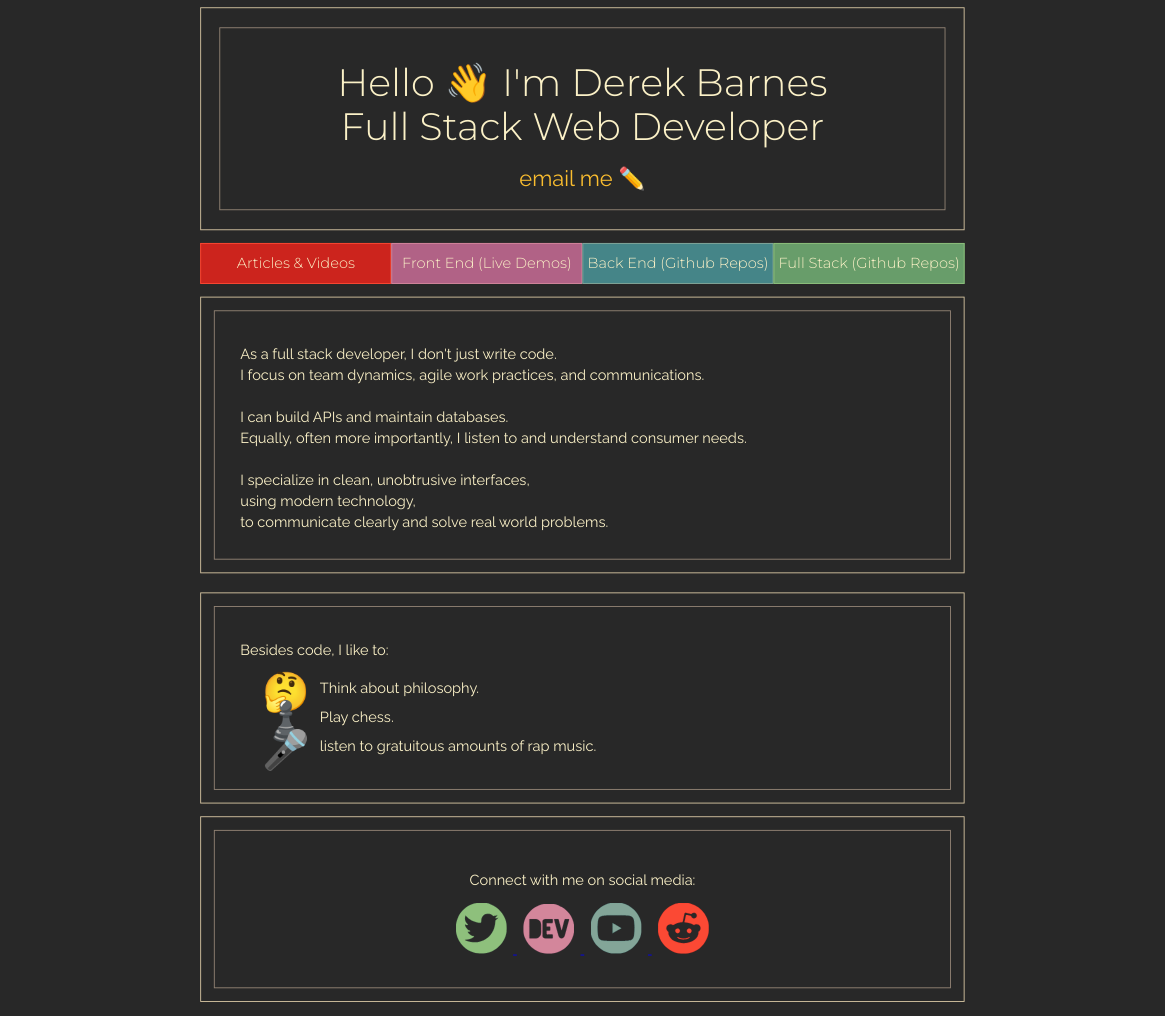
Repository: dsbarnes/groovy-blog
Page: index.html
These files come from the project's save history. The page is drawn as it stood at one moment and after the next save; the edit follows.
The browser window is 1280 px wide. The pictures show the whole page, at 91% of full size.
The style sheet was rebuilt from its Sass, Less or Tailwind sources for each picture, by a compiler version that may differ from the author's.

Above is the page before, as saved 2020-05-11 16:09:46.

After the next save:
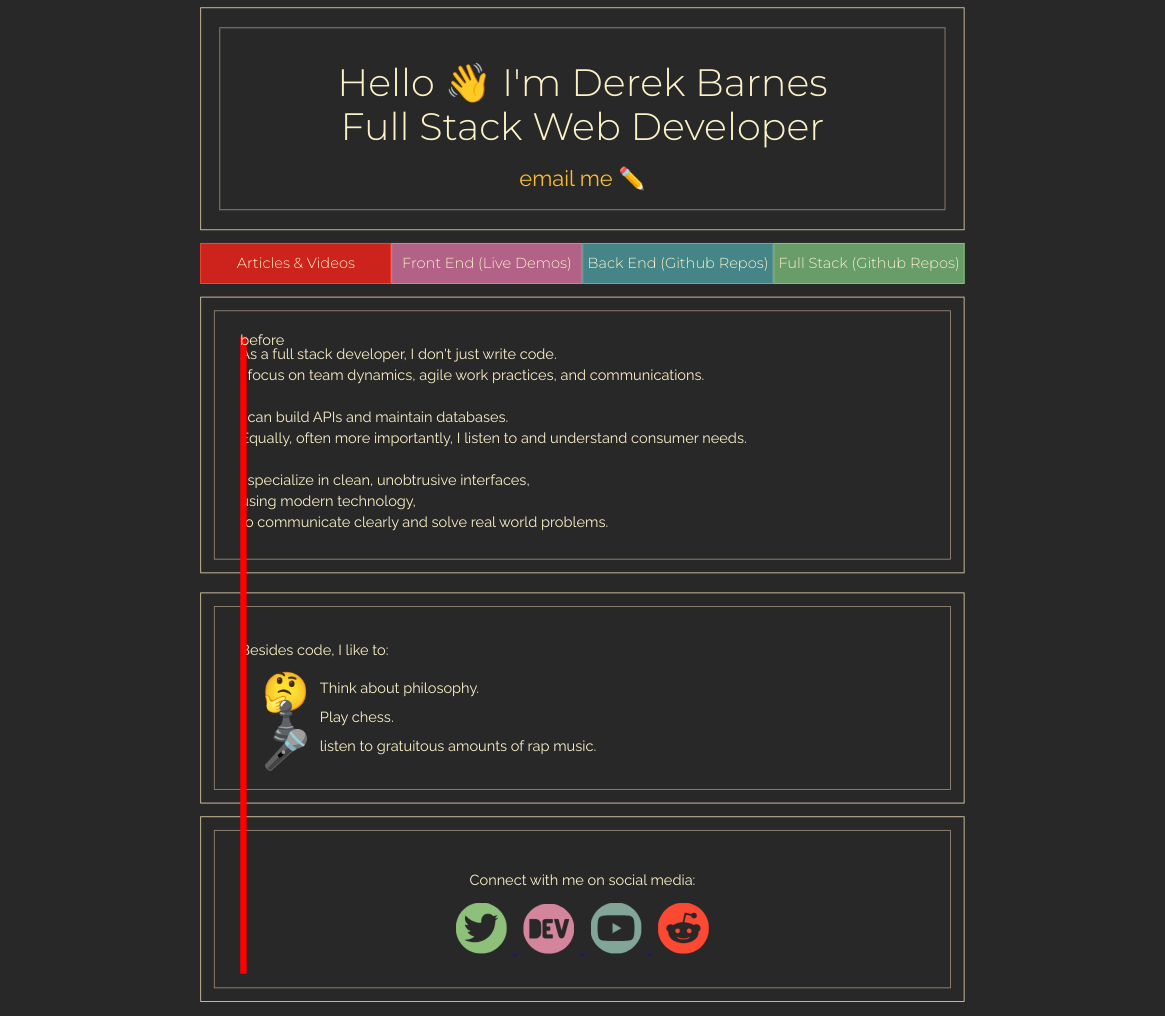
Saved 38 s later.
--- a/style.scss
+++ b/style.scss
@@ -136,9 +136,7 @@
     width: 7px;
   }
 
-  ::-webkit-scrollbar-track {
-    background: transparent;
-  }
+  ::-webkit-scrollbar-track { background: transparent; }
 
   ::-webkit-scrollbar-thumb {
     -webkit-border-radius: 5px;
@@ -158,7 +156,17 @@
   overflow: hidden;
   flex: 3;
 }
-
+.content
+.double-border::before {
+  content:'before';
+  position: absolute;
+  // z-index: -1;
+  height: calc(100% - 20px);
+  // top: 10px;
+  // right: -1px;
+  width: 7px;
+  background: red;
+}
 .content.collapsed{
   .double-border{
     overflow-y: scroll;

After the save that followed:
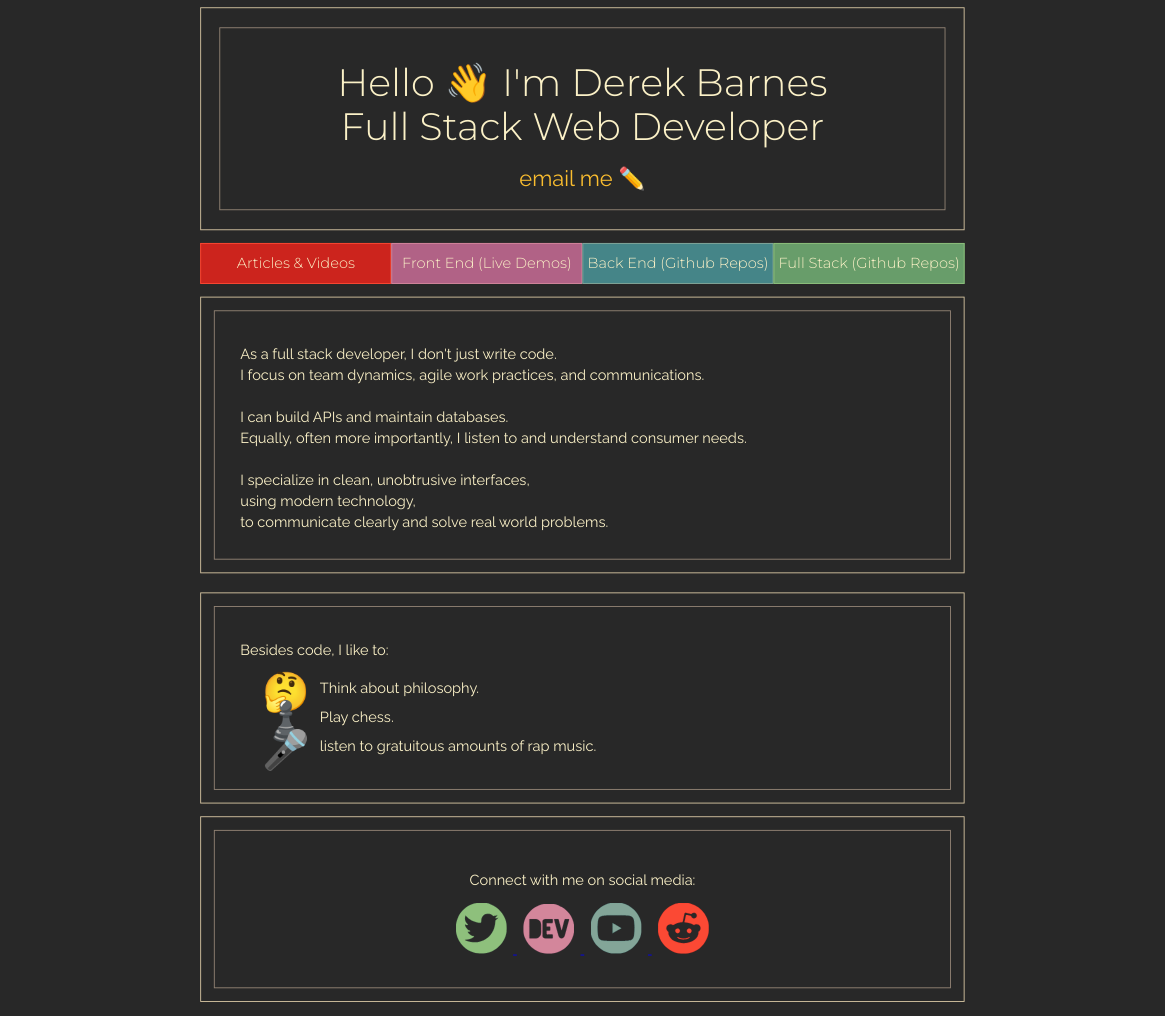
Saved 8 s later.
--- a/style.scss
+++ b/style.scss
@@ -157,16 +157,7 @@
   flex: 3;
 }
 .content
-.double-border::before {
-  content:'before';
-  position: absolute;
-  // z-index: -1;
-  height: calc(100% - 20px);
-  // top: 10px;
-  // right: -1px;
-  width: 7px;
-  background: red;
-}
+
 .content.collapsed{
   .double-border{
     overflow-y: scroll;
